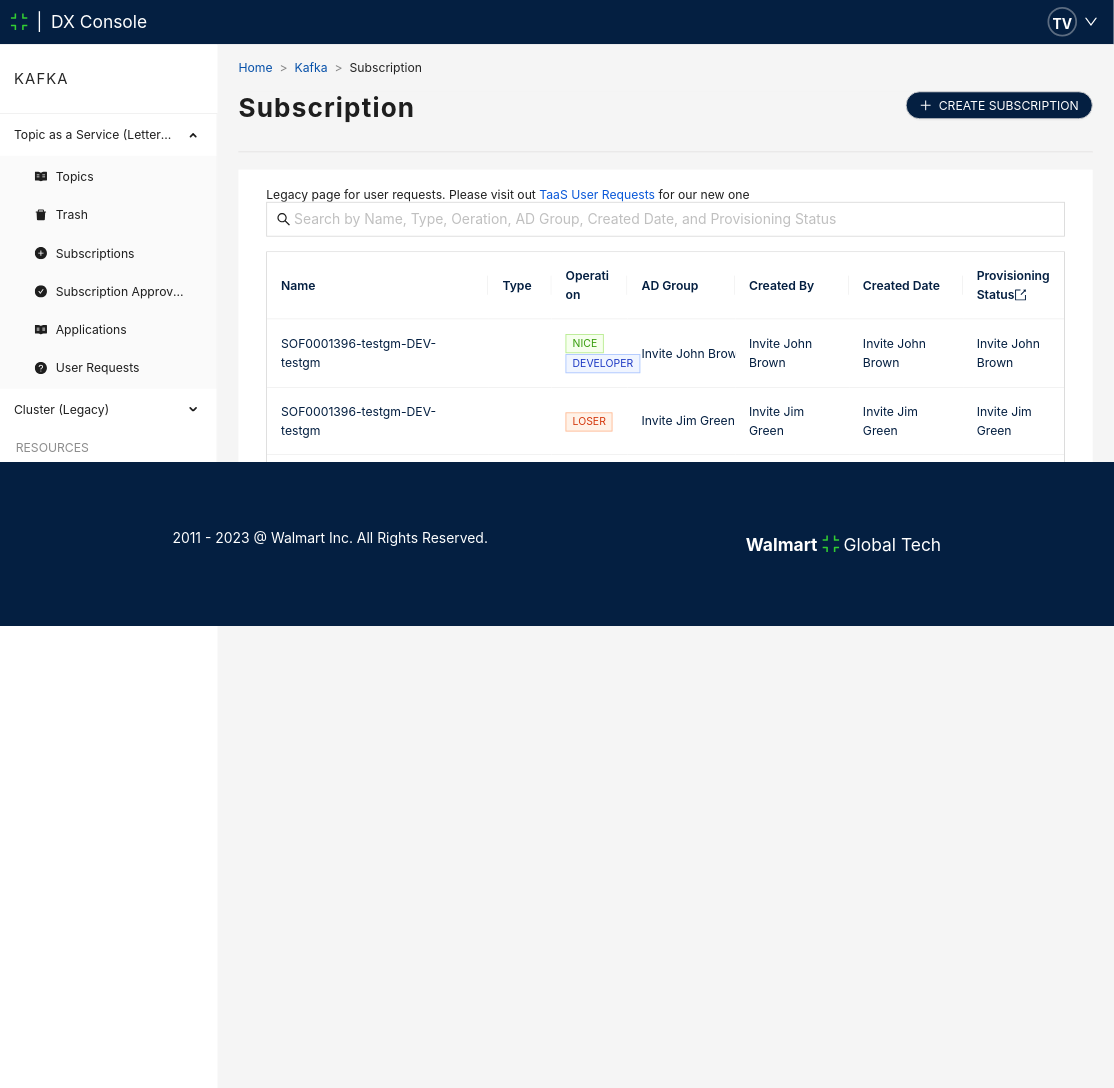
Repository: Qianying-Chai/kafka
Page: /kafka/legacy-requests
An editor plug-in stored every save of this project. The page is shown before and after the next save, followed by the edit.
The browser window is 1280 px wide. The pictures show the whole page, at 87% of full size.
The project was rebuilt for these pictures with package versions that can differ from the ones it lists, and the page was loaded fresh each time. Also part of the build but not shown: src/pages/Taas/Topics/Topics.jsx, src/pages/Taas/Trash/Style/Trash.css, src/pages/Taas/Trash/Trash.jsx, src/pages/Taas/SubscriptionApprovals/SubscriptionApprovals.jsx, src/pages/Taas/Subscriptions/SubscriptionsNonProxy/SubscriptionsNonProxy.jsx, src/pages/Taas/Subscriptions/SubscriptionsProxy/SubscriptionsProxy.jsx, src/pages/Taas/Applications/Applications.jsx, src/pages/Taas/UserRequests/UserRequests.jsx and 6 more.

Above is the page before, as saved 2024-01-12 23:17:56.

After the next save:
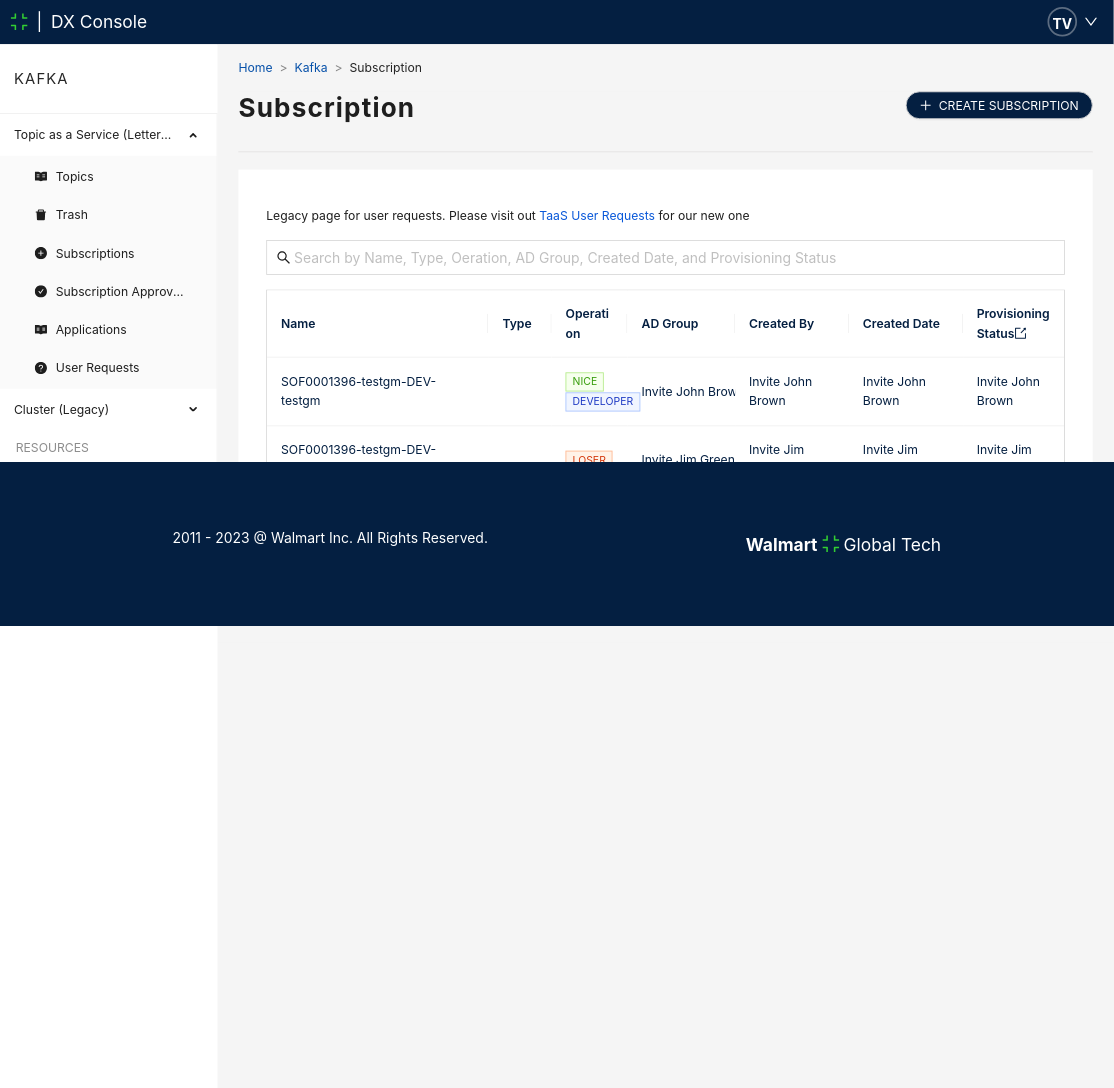
Saved 64 s later.
--- a/src/pages/Cluster/UserRequestsLegacy.jsx
+++ b/src/pages/Cluster/UserRequestsLegacy.jsx
@@ -147,7 +147,7 @@
         </div>
       </div>
       <ComponentsContent title={categoryConstants.USERE_REQUESTS_LEGACY}>
-        <p>
+        <p className="content-text">
           Legacy page for user requests. Please visit out{" "}
           <span style={{ color: "#0958d9" }}>TaaS User Requests </span>for our
           new one
